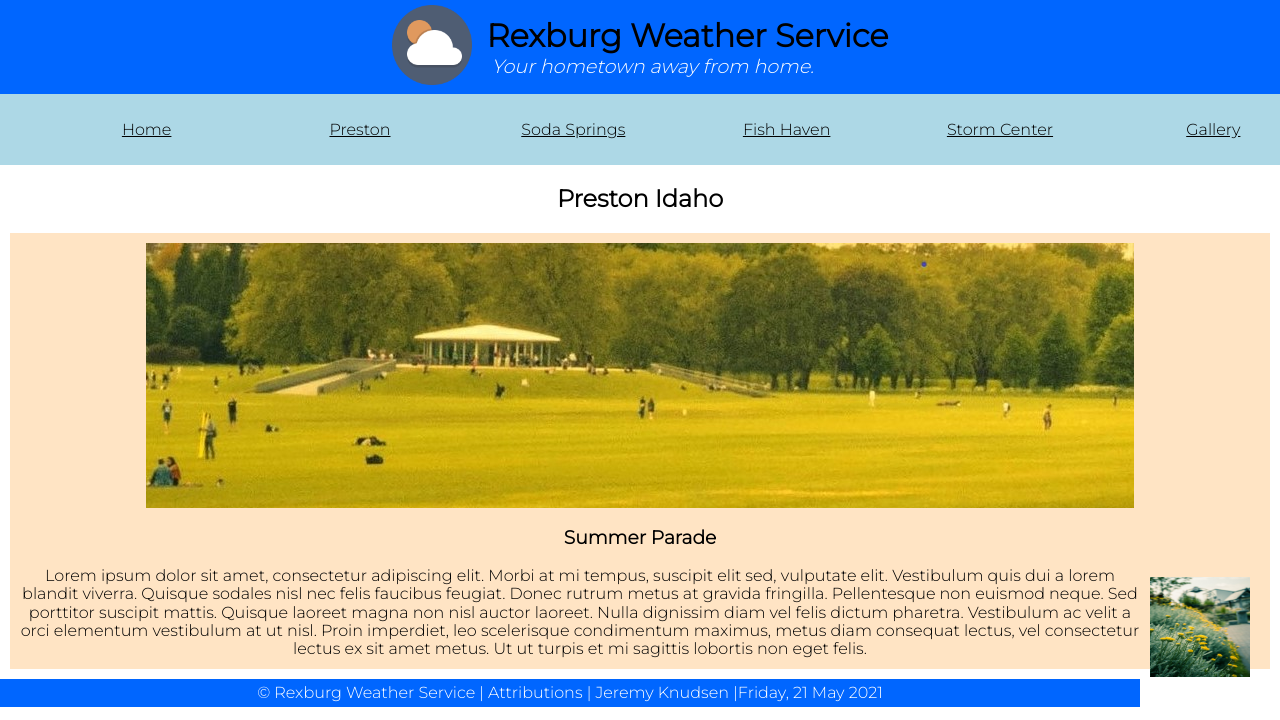
Repository: jknudsen97/jknudsen97.github.io
Page: lesson05/preston-5.html
These files come from the project's save history. The page is drawn as it stood at one moment and after the next save; the edit follows.
The browser window is 1280 px wide. The pictures show the whole page.

Above is the page before, as saved 2021-05-22 02:29:15.

After the next save:
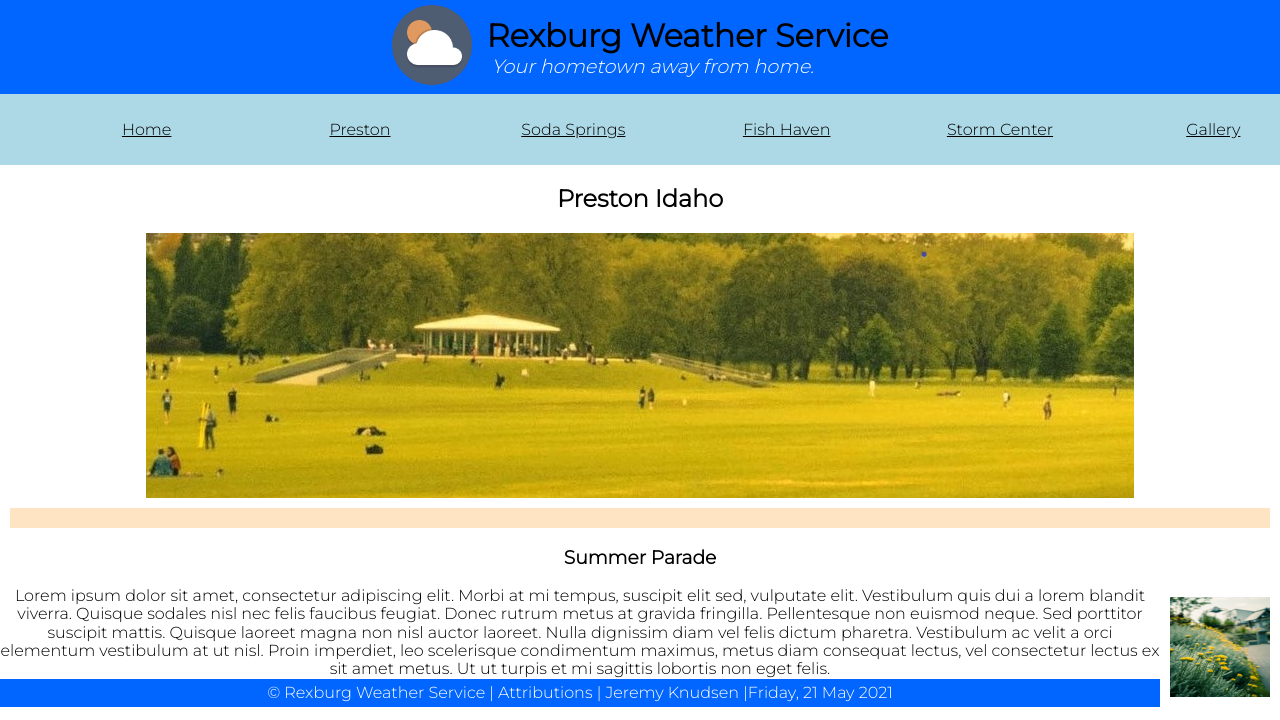
Saved 55 s later.
--- a/lesson05/preston-5.html
+++ b/lesson05/preston-5.html
@@ -45,8 +45,8 @@
     <main>
         <div>
             <h2>Preston Idaho</h2>
-            <div class="background">
                     <img class="stock1" src="images/stock1.jpg" alt="Stock Photo 1">
+                    <div class="background"></div>
                     <h3>Summer Parade</h3>
                     <img class="stock2" src="images/stock2.jpg" alt="Stock Photo 2">
                 <div class="fillerText">
